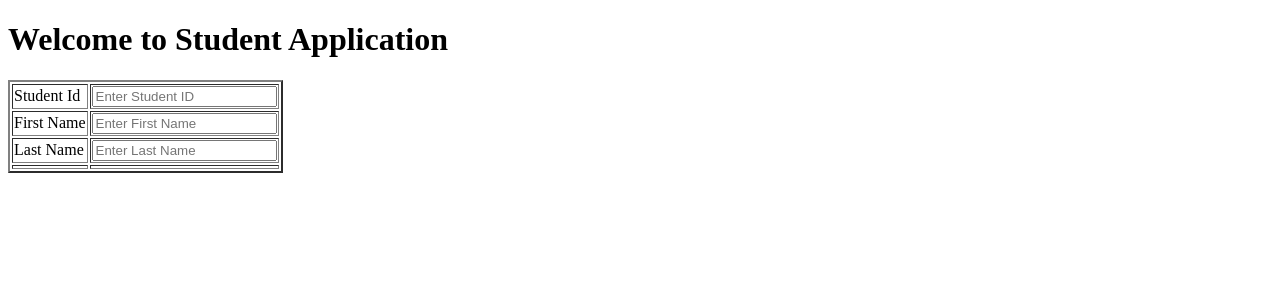
Repository: pathanking/srkr
Page: student-app/src/main/webapp/add-student.htm
An editor plug-in stored every save of this project. The page is shown before and after the next save, followed by the edit.
The browser window is 1280 px wide. The pictures show the whole page.

Above is the page before, as saved 2023-06-14 09:44:34.

### student-app/src/main/webapp/add-student.htm
<!DOCTYPE html>
<html>
<head>
<meta charset="windows-1256">
<title>Add Student</title>
</head>
<body>
	<h1>Welcome to Student Application</h1>

	<form action="">
		<table border="2px solid black">
			<tr>
				<td>Student Id</td>
				<td><input type="number" name="stdid" placeholder="Enter Student ID"> </td>
			</tr>
			<tr>
				<td>First Name</td>
				<td><input type="text" name="firstnm" placeholder="Enter First Name"> </td>
			</tr>
			<tr>
				<td>Last Name</td>
				<td><input type="text" name="lastnm" placeholder="Enter Last Name"></td>
			</tr>
			<tr>
				<td></td>
				<td></td>
			</tr>
		</table>
	</form>


</body>
</html>

After the next save:
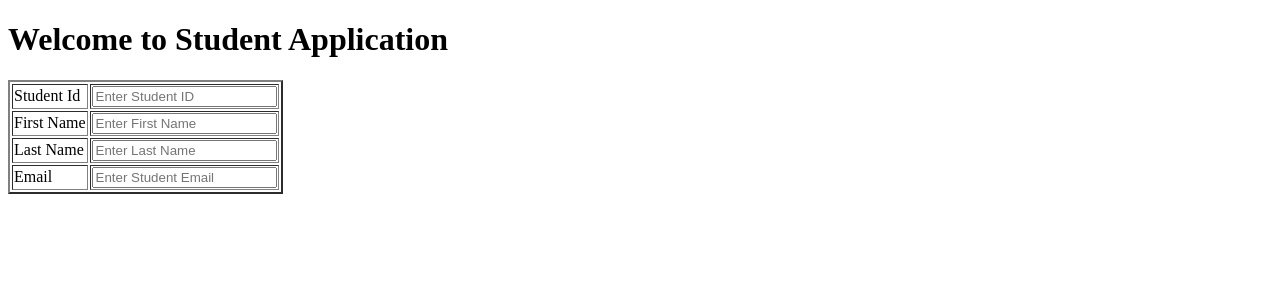
Saved 32 s later.
--- a/student-app/src/main/webapp/add-student.htm
+++ b/student-app/src/main/webapp/add-student.htm
@@ -22,8 +22,8 @@
 				<td><input type="text" name="lastnm" placeholder="Enter Last Name"></td>
 			</tr>
 			<tr>
-				<td></td>
-				<td></td>
+				<td>Email</td>
+				<td><input type="email" name="email" placeholder="Enter Student Email"></td>
 			</tr>
 		</table>
 	</form>
